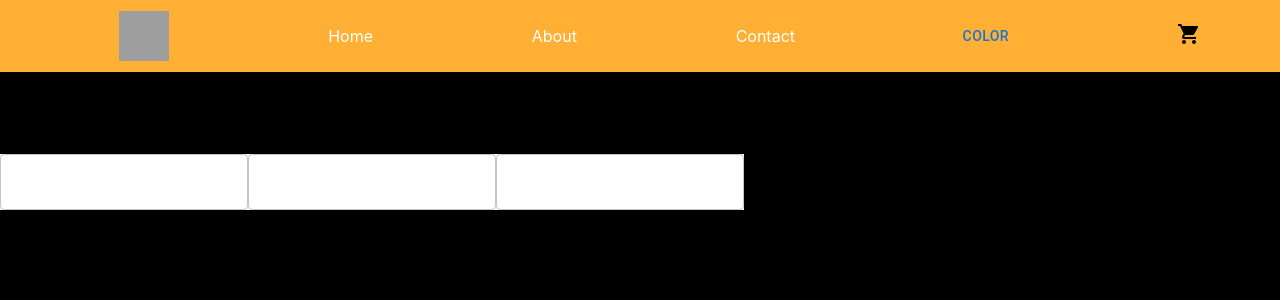
Repository: Toydrum/React-Hector-Coronado-EntregaFinal
Page: /shop
The author's editor kept a copy of each file at every save. The page is drawn from the files as they stood at one save, then again after the next save.
The browser window is 1280 px wide. The pictures show the whole page.
Pictures or frames that could not be fetched are drawn as grey boxes. The project was rebuilt for these pictures with package versions that can differ from the ones it lists, and the page was loaded fresh each time. Also part of the build but not shown: vite.config.js, src/components/CardUser/CardUser.jsx, src/components/CardList/CardList.css, src/firebase/firebaseConfig.js, src/components/CardList/CardList.jsx, src/pages/HomePage/HomePage.jsx, src/pages/ContactPage/ContactPage.jsx, src/pages/AboutPage/AboutPage.jsx and 1 more.

Above is the page before, as saved 2023-07-16 17:42:34.

After the next save:
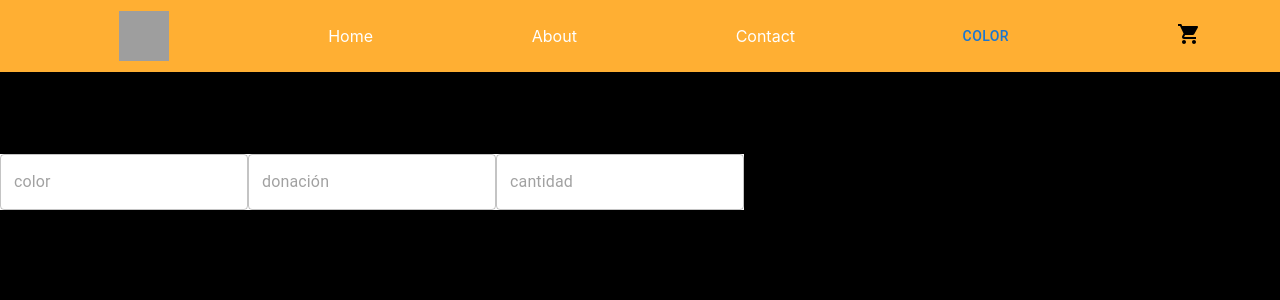
Saved 38 s later.
--- a/src/pages/ShopPage/ShopPage.jsx
+++ b/src/pages/ShopPage/ShopPage.jsx
@@ -8,9 +8,9 @@ const ShopPage = () => {
       <div>
         <h1>ShopPage</h1>
         <form>
-          <TextField name="color" className="campo" />
-          <TextField name="donación" className="campo" />
-          <TextField name="cantidad" className="campo" />
+          <TextField name="color" className="campo" placeholder="color" />
+          <TextField name="donación" className="campo" placeholder="donación" />
+          <TextField name="cantidad" className="campo" placeholder="cantidad" />
         </form>
       </div>
     </>
